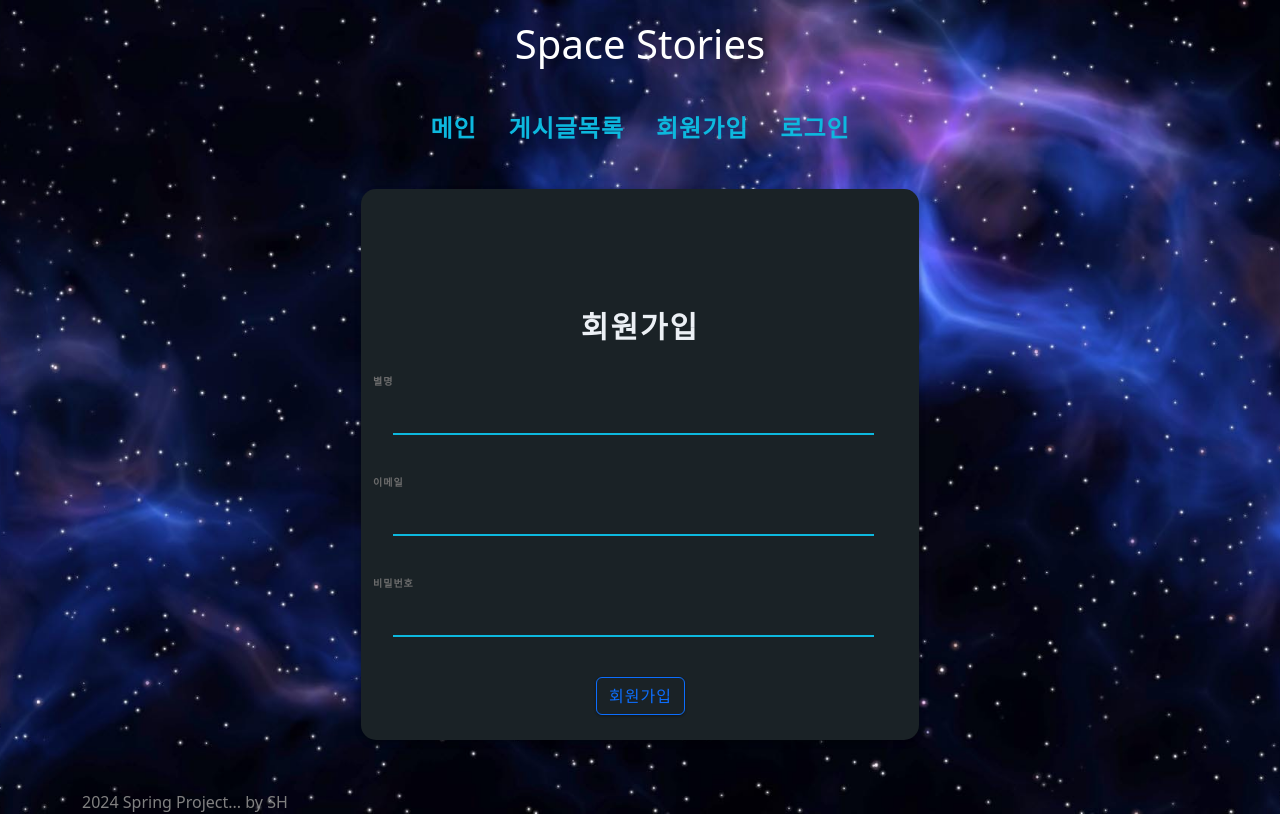
Repository: dtkd19/spring_personal_project
Page: http://localhost/myproject/WEB-INF/views/user/register.jsp
These files come from the project's save history. The page is drawn as it stood at one moment and after the next save; the edit follows.
The browser window is 1280 px wide. The pictures show the whole page.
The page is served by Tomcat 9. Nobody is signed in. Other server files are loaded and not shown. The template is opened directly, without the code that normally fills it, so the values that code supplies are empty.

Above is the page before, as saved 2024-11-11 03:17:29.

### myproject/src/main/webapp/WEB-INF/views/user/register.jsp
<%@ page language="java" contentType="text/html; charset=UTF-8"
	pageEncoding="UTF-8"%>
<%@ taglib uri="http://java.sun.com/jsp/jstl/core" prefix="c"%>
<link href="../resources/css/login.css" rel="stylesheet"/>
<jsp:include page="../layout/header.jsp" />
<link href="../resources/css/register.css" rel="stylesheet"/>

<div class="container-md cBox2">

	<div class="container">
		<div class="row">
			<div class="col-lg-3 col-md-2"></div>
			<div class="col-lg-6 col-md-8 login-box">
				<div class="col-lg-12 login-key">
					<i class="fa fa-key" aria-hidden="true"></i>
				</div>
				<div class="col-lg-12 login-title">회원가입</div>

				<div class="col-lg-12 login-form">
					<div class="col-lg-12 login-form">
						<form action="/user/register" method="post">

							<div class="form-group">
								<label class="form-control-label">별명</label>
								<input type="text" class="form-control" name="nickName">
							</div>
							<div class="form-group">
								<label class="form-control-label">이메일</label>
								<input type="text" class="form-control" name="email">
							</div>
							<div class="form-group">
								<label class="form-control-label">비밀번호</label>
								<input type="password" class="form-control" name="pwd">
							</div>
							<div class="col-lg-12 loginbttm">
								<div class="col-lg-6 login-btm login-text">
									<!-- Error Message -->
								</div>
								<div class="col-lg-6 login-btm login-button sBtn">
									<button type="submit" class="btn btn-outline-primary">회원가입</button>
								</div>
							</div>
						</form>
					</div>
				</div>
				<div class="col-lg-3 col-md-2"></div>
			</div>
		</div>
	</div>
</div>

<jsp:include page="../layout/footer.jsp" />

### myproject/src/main/webapp/resources/css/login.css
@charset "UTF-8";
body {
    background: #222D32;
    font-family: 'Roboto', sans-serif;
}

.login-box {
    margin-top: 75px;
    height: auto;
    background: #1A2226;
    text-align: center;
    box-shadow: 0 3px 6px rgba(0, 0, 0, 0.16), 0 3px 6px rgba(0, 0, 0, 0.23);
    border-radius: 15px;
}

.login-box input{
	width: 90%;
	margin-left: 20px;

}

.login-key {
    height: 100px;
    font-size: 80px;
    line-height: 100px;
    background: -webkit-linear-gradient(#27EF9F, #0DB8DE);
    -webkit-background-clip: text;
    -webkit-text-fill-color: transparent;
}

.login-title {
    margin-top: 15px;
    text-align: center;
    font-size: 30px;
    letter-spacing: 2px;
    margin-top: 15px;
    font-weight: bold;
    color: #ECF0F5;
}

.login-form {
    margin-top: 25px;
    text-align: left;
}

input[type=text] {
    background-color: #1A2226;
    border: none;
    border-bottom: 2px solid #0DB8DE;
    border-top: 0px;
    border-radius: 0px;
    font-weight: bold;
    outline: 0;
    margin-bottom: 20px;
    padding-left: 0px;
    color: #ECF0F5;
}

input[type=password] {
    background-color: #1A2226;
    border: none;
    border-bottom: 2px solid #0DB8DE;
    border-top: 0px;
    border-radius: 0px;
    font-weight: bold;
    outline: 0;
    padding-left: 0px;
    margin-bottom: 20px;
    color: #ECF0F5;
}

.form-group {
    margin-bottom: 40px;
    outline: 0px;
}

.form-control:focus {
    border-color: inherit;
    -webkit-box-shadow: none;
    box-shadow: none;
    border-bottom: 2px solid #0DB8DE;
    outline: 0;
    background-color: #1A2226;
    color: #ECF0F5;
}

input:focus {
    outline: none;
    box-shadow: 0 0 0;
}

label {
    margin-bottom: 0px;
}

.form-control-label {
    font-size: 10px;
    color: #6C6C6C;
    font-weight: bold;
    letter-spacing: 1px;
    padding-bottom: 8px;
}

.btn-outline-primary {
    border-color: #0DB8DE;
    color: #0DB8DE;
    border-radius: 0px;
    font-weight: bold;
    letter-spacing: 1px;
    box-shadow: 0 1px 3px rgba(0, 0, 0, 0.12), 0 1px 2px rgba(0, 0, 0, 0.24);
}

.btn-outline-primary:hover {
    background-color: #0DB8DE;
    right: 0px;
}

.login-btm {
    float: left;
}

.login-button {
    padding-right: 0px;
    margin-left : 30px;
    text-align: right;
    margin-bottom: 25px;
}

.login-text {
    text-align: left;
    padding-left: 0px;
    color: #A2A4A4;
}

.loginbttm {
    padding: 0px;
}

.sBtn{
	margin-left: 45px;
}

### myproject/src/main/webapp/resources/css/header.css
@charset "UTF-8";

body{
	background-image: url("../image/123123123.jpg");
    background-size: cover;
    background-position: center center;
    background-repeat: no-repeat;

.nbar{
	width : 100%;
	color: #ECF0F5;
}

.nbar a{
	  color: #0DB8DE;
	  text-decoration: none;
	  font-weight: bold;
	  letter-spacing: 1px;
	  transition: color 0.3s ease;
	  margin-top: 10px;
}
.nbar a:hover {
    color: #0098C;
}

.container-md{
	margin-top: 30px;
	color: white;
}

.pj{
	padding: 20px;
	color: white;
}

### myproject/src/main/webapp/resources/css/register.css
@charset "UTF-8";

.fBtn{
	margin-top: 10px;
	margin-bottom: 20px;
}
.fileZone{
	border-radius: 15px;
}

Loaded but not shown: myproject/src/main/webapp/WEB-INF/views/layout/header.jsp (common file); myproject/src/main/webapp/WEB-INF/views/layout/footer.jsp (common file)

After the next save:
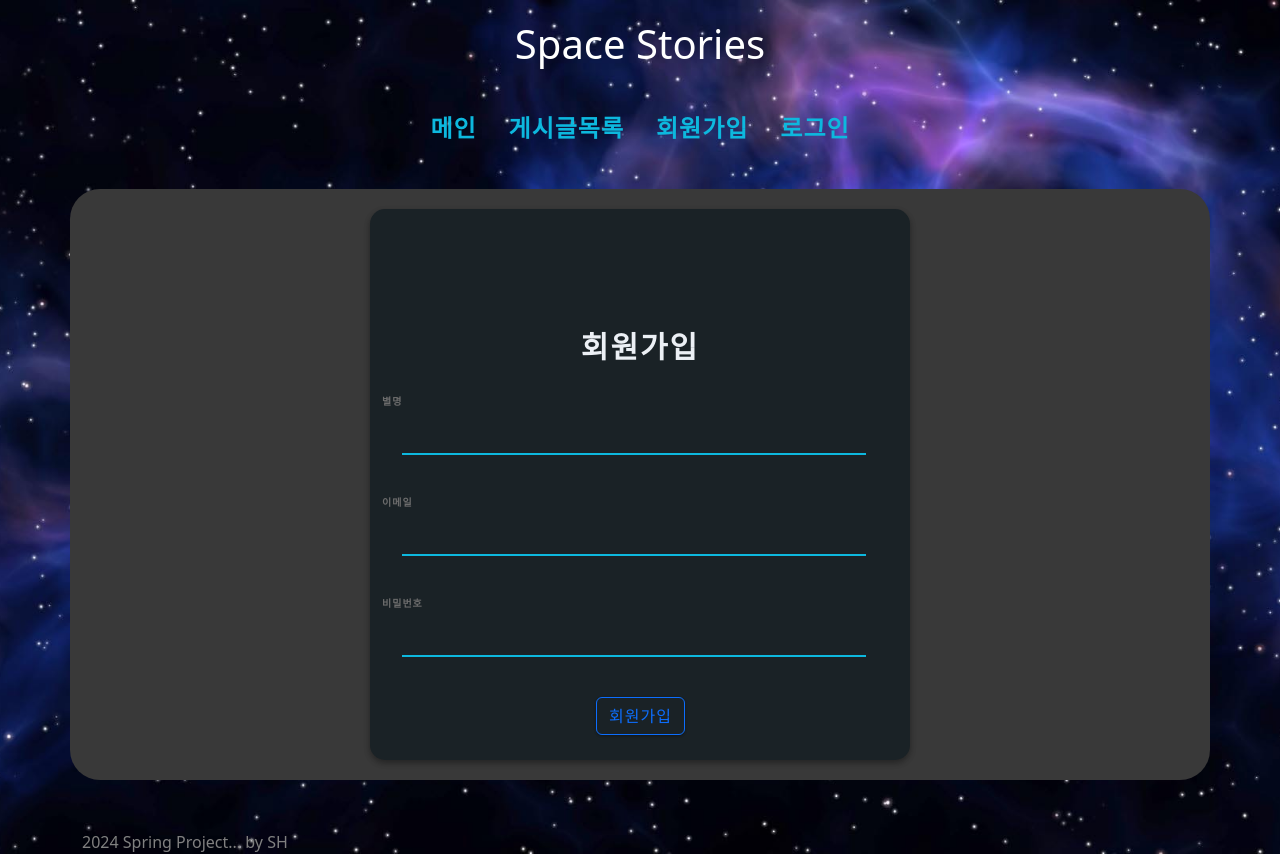
Saved 9 s later.
--- a/myproject/src/main/webapp/resources/css/register.css
+++ b/myproject/src/main/webapp/resources/css/register.css
@@ -7,3 +7,11 @@
 .fileZone{
 	border-radius: 15px;
 }
+
+.cBox2{
+	background-color: #393939;
+	padding: 20px;
+	padding-left: 30px;
+	padding-right: 30px;
+	border-radius: 30px;
+}

After the save that followed:
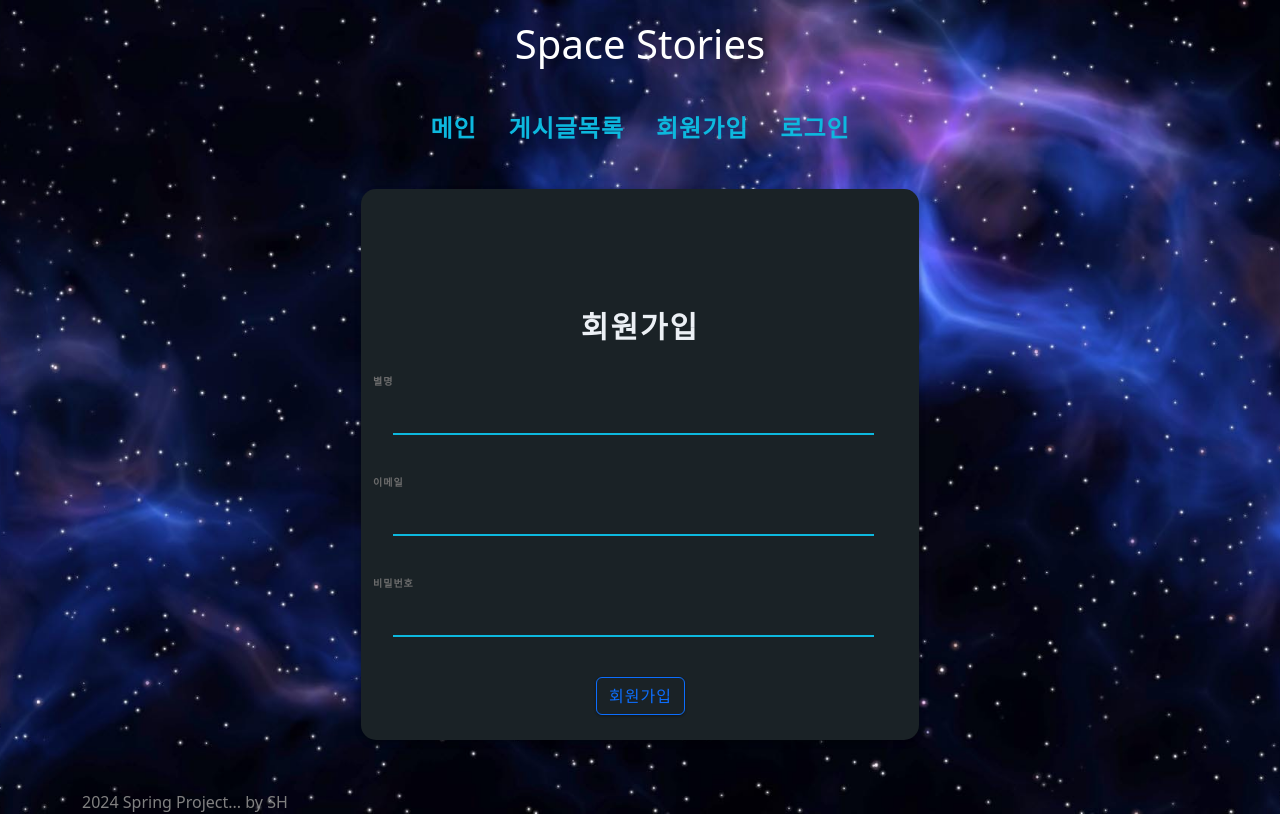
Saved 24 s later.
--- a/myproject/src/main/webapp/WEB-INF/views/user/register.jsp
+++ b/myproject/src/main/webapp/WEB-INF/views/user/register.jsp
@@ -5,7 +5,7 @@
 <jsp:include page="../layout/header.jsp" />
 <link href="../resources/css/register.css" rel="stylesheet"/>
 
-<div class="container-md cBox2">
+<div class="container-md">
 
 	<div class="container">
 		<div class="row">
